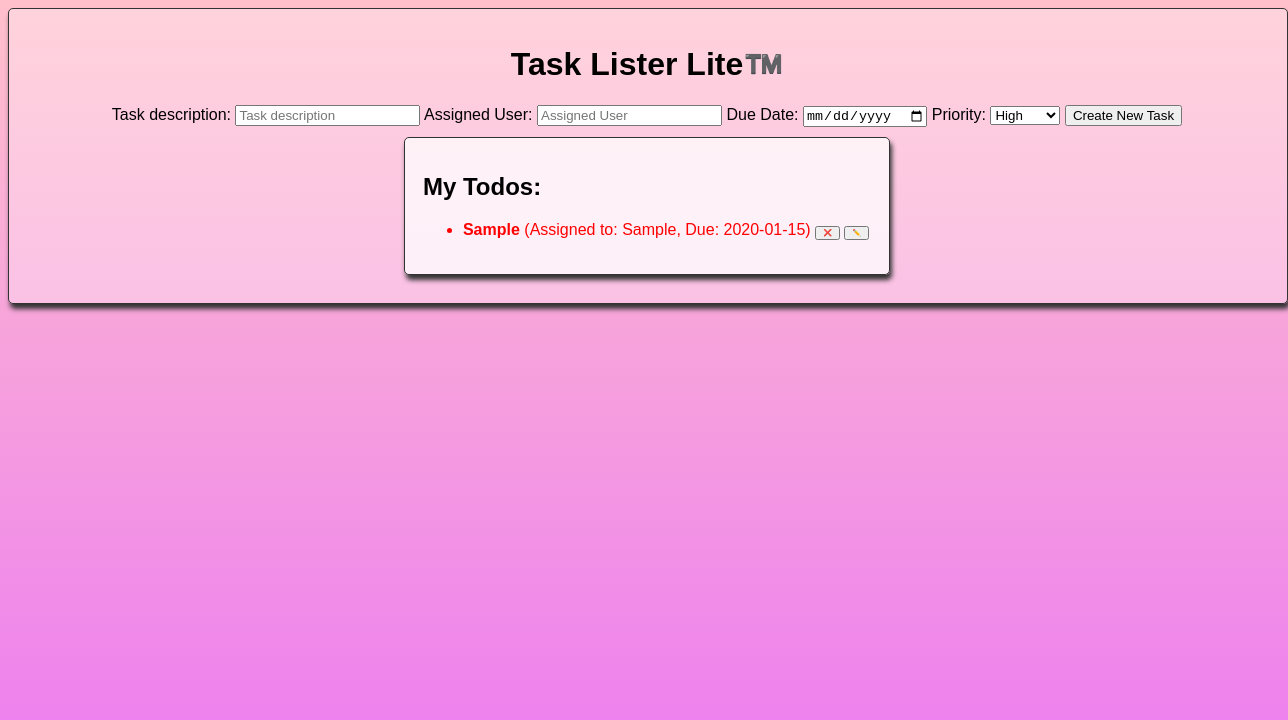
Repository: PEEZYBEE/phase-1-tasklister-mini-project
Page: index.html
The author's editor kept a copy of each file at every save. The page is drawn from the files as they stood at one save, then again after the next save.
The browser window is 1280 px wide. The page is 1288 px wide, so the pictures cover 1288 px, including what lies to the right of the window. The pictures show the whole page.
Empty fields were first filled with sample values (such as "Sample", 5 or name@example.com).
After loading, the first visible `#create-task-form` was submitted once.

Above is the page before, as saved 2025-03-16 19:56:40.

After the next save:
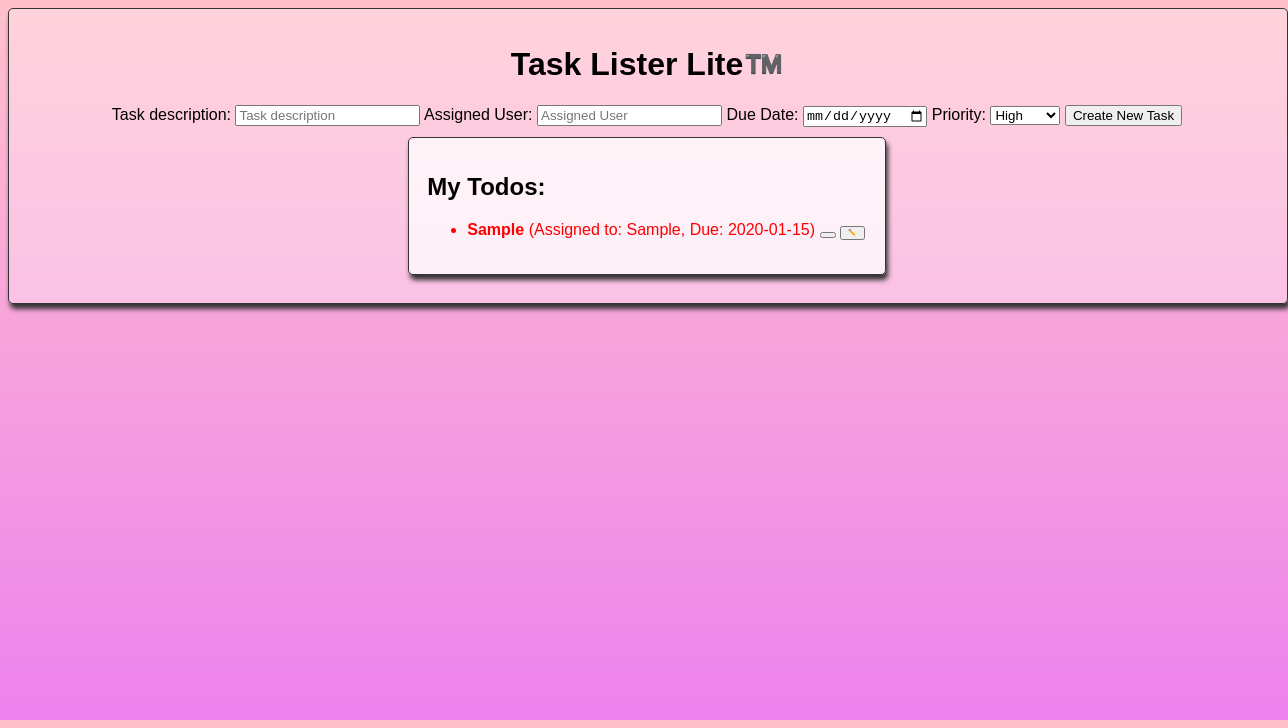
Saved 43 s later.
--- a/src/index.js
+++ b/src/index.js
@@ -22,7 +22,7 @@ document.addEventListener("DOMContentLoaded", () => {
   function createTaskItem(description, user, due, priority) {
     const taskItem = document.createElement("li");
     taskItem.innerHTML = `<strong>${description}</strong> (Assigned to: ${user}, Due: ${due})
-                          <button class="delete-btn">❌</button>
+                          <button class="delete-btn"></button>
                           <button class="edit-btn">✏️</button>`;
 
     applyPriorityStyle(taskItem, priority);
